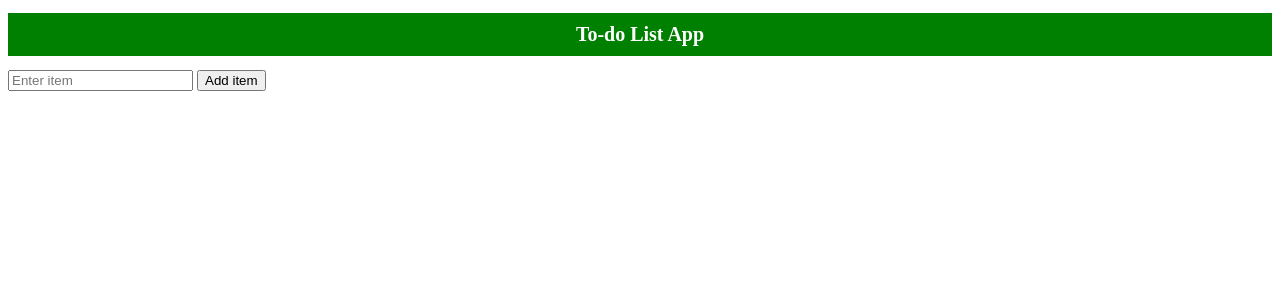
Repository: binhphanbp/WEB2064_JavaScript-Advanced_WD20305
Page: lesson4/lesson4.html
An editor plug-in stored every save of this project. The page is shown before and after the next save, followed by the edit.
The browser window is 1280 px wide. The pictures show the whole page.

Above is the page before, as saved 2025-09-22 13:56:19.

After the next save:
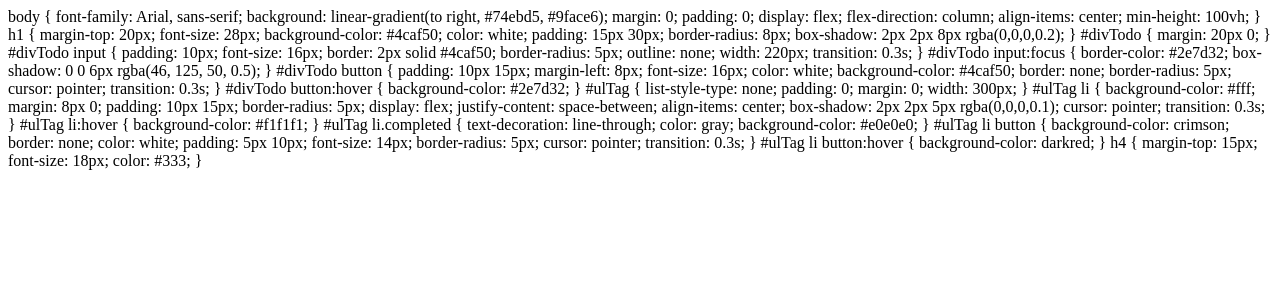
Saved 61 s later.
--- a/lesson4/lesson4.html
+++ b/lesson4/lesson4.html
@@ -1,87 +1,21 @@
-<!DOCTYPE html>
-<html lang="en">
-  <head>
-    <meta charset="UTF-8" />
-    <meta name="viewport" content="width=device-width, initial-scale=1.0" />
-    <title>Document</title>
-
-    <style>
-      .styleH1 {
-        padding: 10px;
-        text-align: center;
-      }
-
-      .anotherStyleH1 {
-        box-shadow: 5px 5px 10px gray;
-      }
-
-      .completed {
-        text-decoration: line-through;
-        color: gray;
-      }
-    </style>
-  </head>
-  <body>
-    <h1 id="h1Tag">To-do List App</h1>
-    <div id="divTodo"></div>
-    <ul id="ulTag"></ul>
-
-    <script>
-      const h1Tag = document.getElementById('h1Tag');
-      const divTodo = document.getElementById('divTodo');
-      const ulTag = document.getElementById('ulTag');
-
-      // 1. Sử dụng style
-      h1Tag.style = 'background-color: green; color: white';
-      h1Tag.style.fontSize = '20px';
-
-      // 2. Sử dụng với className
-      h1Tag.className = 'styleH1';
-
-      // 3. Sử dụng classList
-      h1Tag.classList.add('anotherStyleH1');
-      h1Tag.classList.remove('anotherStyleH1');
-
-      // 4. Thêm một phần tử mới bằng createElement
-      // const liTag = document.createElement('li');
-      // liTag.innerText = 'Learn JavaScript Advanced';
-      // ulTag.appendChild(liTag);
-
-      // 5. Thêm phần tử bằng HTML
-      divTodo.innerHTML = `
-        <input type="text" placeholder="Enter item">
-        <button id = 'btnAdd' type="submit">Add item</button>
-      `;
-
-      // Chọn phần tử input, button. Bấm nút thêm thì lấy giá trị trong input
-      const inputTag = document.querySelector('input');
-      const btnAdd = document.querySelector('#btnAdd');
-
-      btnAdd.addEventListener('click', () => {
-        const liTag = document.createElement('li');
-        const btnDelete = document.createElement('button');
-        const inputValue = inputTag.value;
-        liTag.innerText = inputValue;
-        liTag.addEventListener('click', () => {
-          liTag.classList.toggle('completed');
-        });
-
-        // insertAdjacentElement
-        ulTag.insertAdjacentElement('beforeend', liTag);
-
-        inputTag.value = '';
-
-        updateTaskCount();
-      });
-
-      // 6. Chèn phần tử bằng after
-      const h4Tag = document.createElement('h4');
-      const updateTaskCount = () => {
-        const totalTasks = document.querySelectorAll('li').length;
-
-        h4Tag.innerText = `Tổng số công việc: ${totalTasks}`;
-        ulTag.after(h4Tag);
-      };
-    </script>
-  </body>
-</html>
+body { font-family: Arial, sans-serif; background: linear-gradient(to right,
+#74ebd5, #9face6); margin: 0; padding: 0; display: flex; flex-direction: column;
+align-items: center; min-height: 100vh; } h1 { margin-top: 20px; font-size:
+28px; background-color: #4caf50; color: white; padding: 15px 30px;
+border-radius: 8px; box-shadow: 2px 2px 8px rgba(0,0,0,0.2); } #divTodo {
+margin: 20px 0; } #divTodo input { padding: 10px; font-size: 16px; border: 2px
+solid #4caf50; border-radius: 5px; outline: none; width: 220px; transition:
+0.3s; } #divTodo input:focus { border-color: #2e7d32; box-shadow: 0 0 6px
+rgba(46, 125, 50, 0.5); } #divTodo button { padding: 10px 15px; margin-left:
+8px; font-size: 16px; color: white; background-color: #4caf50; border: none;
+border-radius: 5px; cursor: pointer; transition: 0.3s; } #divTodo button:hover {
+background-color: #2e7d32; } #ulTag { list-style-type: none; padding: 0; margin:
+0; width: 300px; } #ulTag li { background-color: #fff; margin: 8px 0; padding:
+10px 15px; border-radius: 5px; display: flex; justify-content: space-between;
+align-items: center; box-shadow: 2px 2px 5px rgba(0,0,0,0.1); cursor: pointer;
+transition: 0.3s; } #ulTag li:hover { background-color: #f1f1f1; } #ulTag
+li.completed { text-decoration: line-through; color: gray; background-color:
+#e0e0e0; } #ulTag li button { background-color: crimson; border: none; color:
+white; padding: 5px 10px; font-size: 14px; border-radius: 5px; cursor: pointer;
+transition: 0.3s; } #ulTag li button:hover { background-color: darkred; } h4 {
+margin-top: 15px; font-size: 18px; color: #333; }

After the save that followed:
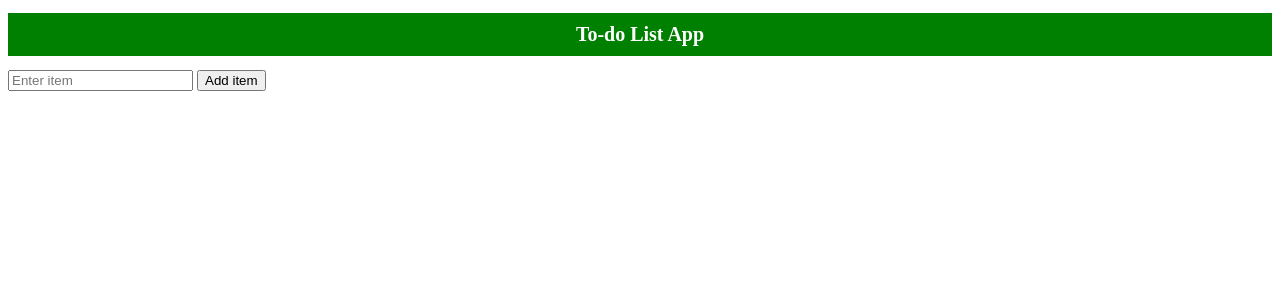
Saved 5 s later.
--- a/lesson4/lesson4.html
+++ b/lesson4/lesson4.html
@@ -1,21 +1,87 @@
-body { font-family: Arial, sans-serif; background: linear-gradient(to right,
-#74ebd5, #9face6); margin: 0; padding: 0; display: flex; flex-direction: column;
-align-items: center; min-height: 100vh; } h1 { margin-top: 20px; font-size:
-28px; background-color: #4caf50; color: white; padding: 15px 30px;
-border-radius: 8px; box-shadow: 2px 2px 8px rgba(0,0,0,0.2); } #divTodo {
-margin: 20px 0; } #divTodo input { padding: 10px; font-size: 16px; border: 2px
-solid #4caf50; border-radius: 5px; outline: none; width: 220px; transition:
-0.3s; } #divTodo input:focus { border-color: #2e7d32; box-shadow: 0 0 6px
-rgba(46, 125, 50, 0.5); } #divTodo button { padding: 10px 15px; margin-left:
-8px; font-size: 16px; color: white; background-color: #4caf50; border: none;
-border-radius: 5px; cursor: pointer; transition: 0.3s; } #divTodo button:hover {
-background-color: #2e7d32; } #ulTag { list-style-type: none; padding: 0; margin:
-0; width: 300px; } #ulTag li { background-color: #fff; margin: 8px 0; padding:
-10px 15px; border-radius: 5px; display: flex; justify-content: space-between;
-align-items: center; box-shadow: 2px 2px 5px rgba(0,0,0,0.1); cursor: pointer;
-transition: 0.3s; } #ulTag li:hover { background-color: #f1f1f1; } #ulTag
-li.completed { text-decoration: line-through; color: gray; background-color:
-#e0e0e0; } #ulTag li button { background-color: crimson; border: none; color:
-white; padding: 5px 10px; font-size: 14px; border-radius: 5px; cursor: pointer;
-transition: 0.3s; } #ulTag li button:hover { background-color: darkred; } h4 {
-margin-top: 15px; font-size: 18px; color: #333; }
+<!DOCTYPE html>
+<html lang="en">
+  <head>
+    <meta charset="UTF-8" />
+    <meta name="viewport" content="width=device-width, initial-scale=1.0" />
+    <title>Document</title>
+
+    <style>
+      .styleH1 {
+        padding: 10px;
+        text-align: center;
+      }
+
+      .anotherStyleH1 {
+        box-shadow: 5px 5px 10px gray;
+      }
+
+      .completed {
+        text-decoration: line-through;
+        color: gray;
+      }
+    </style>
+  </head>
+  <body>
+    <h1 id="h1Tag">To-do List App</h1>
+    <div id="divTodo"></div>
+    <ul id="ulTag"></ul>
+
+    <script>
+      const h1Tag = document.getElementById('h1Tag');
+      const divTodo = document.getElementById('divTodo');
+      const ulTag = document.getElementById('ulTag');
+
+      // 1. Sử dụng style
+      h1Tag.style = 'background-color: green; color: white';
+      h1Tag.style.fontSize = '20px';
+
+      // 2. Sử dụng với className
+      h1Tag.className = 'styleH1';
+
+      // 3. Sử dụng classList
+      h1Tag.classList.add('anotherStyleH1');
+      h1Tag.classList.remove('anotherStyleH1');
+
+      // 4. Thêm một phần tử mới bằng createElement
+      // const liTag = document.createElement('li');
+      // liTag.innerText = 'Learn JavaScript Advanced';
+      // ulTag.appendChild(liTag);
+
+      // 5. Thêm phần tử bằng HTML
+      divTodo.innerHTML = `
+        <input type="text" placeholder="Enter item">
+        <button id = 'btnAdd' type="submit">Add item</button>
+      `;
+
+      // Chọn phần tử input, button. Bấm nút thêm thì lấy giá trị trong input
+      const inputTag = document.querySelector('input');
+      const btnAdd = document.querySelector('#btnAdd');
+
+      btnAdd.addEventListener('click', () => {
+        const liTag = document.createElement('li');
+        const btnDelete = document.createElement('button');
+        const inputValue = inputTag.value;
+        liTag.innerText = inputValue;
+        liTag.addEventListener('click', () => {
+          liTag.classList.toggle('completed');
+        });
+
+        // insertAdjacentElement
+        ulTag.insertAdjacentElement('beforeend', liTag);
+
+        inputTag.value = '';
+
+        updateTaskCount();
+      });
+
+      // 6. Chèn phần tử bằng after
+      const h4Tag = document.createElement('h4');
+      const updateTaskCount = () => {
+        const totalTasks = document.querySelectorAll('li').length;
+
+        h4Tag.innerText = `Tổng số công việc: ${totalTasks}`;
+        ulTag.after(h4Tag);
+      };
+    </script>
+  </body>
+</html>
